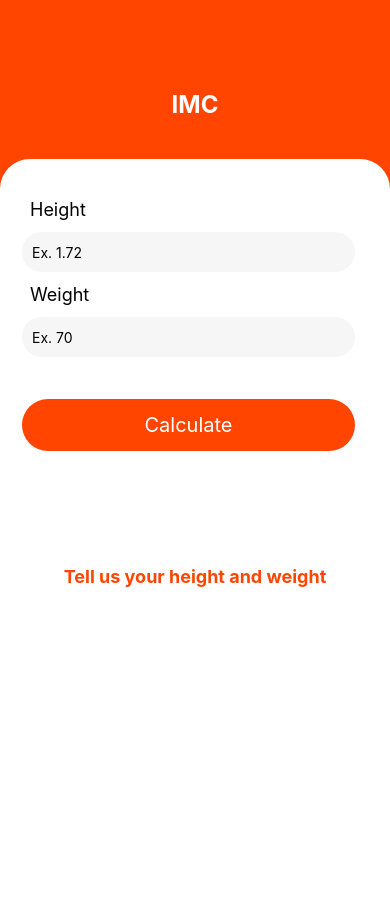
Repository: rubenmatias08/IMCTracker
Screen: /
These files come from the project's save history. The screen is drawn as it stood at one moment and after the next save; the edit follows.
The app was drawn by React Native's web renderer in a window 390 px wide. The project was rebuilt for these pictures with package versions that can differ from the ones it lists, and the page was loaded fresh each time.

Above is the screen before, as saved 2024-03-11 00:42:03.

### App.js
import { StyleSheet, View } from 'react-native';
import Title from './src/components/Title';
import Form from './src/components/Form/index'

export default function App() {
  return (
    <View style={styles.container}>
      <Title/>
      <Form />
    </View>
  );
}

const styles = StyleSheet.create({
  container: {
    flex: 1,
    backgroundColor: '#FF4500',
    paddingTop: 80,

  },
});



/*
   alignItems: 'center',
    justifyContent: 'center',

*/

### src/components/Title/index.js
import React from "react";
import { View,Text } from "react-native"; //Componentes
import styles from "./style";

export default function Title(){
    return(
        <View style={styles.boxTitle}>
            <Text style={styles.textTitle}>IMC</Text>
        </View>
    )
}

//Para aplicar a estilização colocamos: style={nomedoficheiroimportado.propriedadeJSON}

### src/components/Form/index.js
import React , {useState} from "react";
import { TextInput, View, Text, TouchableOpacity} from "react-native";
import ResultIMC from "./ResultIMC";
import styles from "./style";


export default function Form(){

    const [height, setHeight] = useState(null); // Altura
    const [weight, setWeight] = useState(null); // Peso
    const [messageIMC, setmessageIMC] = useState("Tell us your height and weight"); // Mensagem que contem o resultado
    const [imc,setIMC] = useState(null); // valor do IMC
    const [textButton, setTextButton] = useState("Calculate"); //

    //Calcular o imc é altura x altura a dividir por peso
    //E vamos querer que nos retorne o resultado (toFixed) que é para vir com 2 casas decimais apenas.
    function CalculatorIMC(){
        return setIMC((weight / (height * height)).toFixed(2))
    }

    //Caso os valores tiverem sido preenchidos ele valida, caso contrário temos de avisar o usuário para preencher os dados de altura e peso.
    //Aqui com a condição é: Caso os valores de height e weight sejam diferentes de null, ou seja, estão preenchidos... Chama a função CalculatorIMC() que fará o calculo que depois nos dá o resultado.
    function ValidationIMC(){
        if(height != null && weight != null){
            CalculatorIMC() //Função do calculo
            setHeight(null) //Reset de height para que se faça depois um novo calculo
            setWeight(null) //Reset de weight para que se faça depois um novo calculo
            setmessageIMC("Your IMC is:") //Mensagem para apresentar o resultado
            setTextButton("Calculate again") //Botão com mensagem
            return //Depois de tudo isto... Retorna-nos.
        }
        setIMC(null) //caso o peso e altura sejam nulos, colocamos o imc como nulo também para que não haja resposta de possiveis calculos anteriores
        setTextButton("Calculate") //Para voltar a apresentar o texto original
        setmessageIMC("Tell us your height and weight") //Para voltar a apresentar o texto original

    }


    return(
        <View style={styles.formContent}>
            <View style={styles.form}>
                <Text style={styles.formLabel}>Height</Text>
                <TextInput style= {styles.input}
                onChangeText={setHeight}
                value={height}
                placeholder="Ex. 1.72"
                keyboardType="numeric"
                />

                <Text style={styles.formLabel}>Weight</Text>
                <TextInput style= {styles.input}
                onChangeText={setWeight}
                value={weight}
                placeholder="Ex. 70"
                keyboardType="numeric"
                />

               <TouchableOpacity style={styles.buttonCalculator} onPress={() => ValidationIMC()}>
               <Text style={styles.textButtonCalculator}>{textButton}</Text>
               </TouchableOpacity>

            </View>
            <ResultIMC messageResultImc={messageIMC} resultImc={imc}/>
        </View>
    )
}

//O keyboardType indica qual o tipo de teclado que ele vai abrir
//No <ResultIMC> leva duas props com propriedades dinamicas.


//Antes tinhamos um Button para clicar em vez de TouchOpacity, assim:
//  <Button onPress={() => ValidationIMC()} title={textButton}/>
//mas fizemos diferente e usamos o TouchOpacity porque é mais moderno e melhor. Há várias opções assim, basta ver na documentação do react native.

### src/components/Title/style.js
import { StyleSheet } from "react-native";

const styles = StyleSheet.create( {
    boxTitle: {
        alignItems: "center",
        justifyContent: "center",
        padding: 10,
    },
    textTitle: {
        color:"white",
        fontSize:24,
        fontWeight:"bold"
    }
});

export default styles;

### src/components/Form/ResultIMC/index.js
import React from "react";
import { View , Text } from "react-native";
import styles from "./style";

export default function ResultIMC(props){
    return(
        <View style={styles.ResultIMC}>
            <Text style={styles.information}>{props.messageResultImc}</Text>
            <Text style={styles.numberIMC}>{props.resultImc}</Text>
        </View>
    )
}

//Neste componente vai ser mostrado o resultado do valor de IMC e uma mensagem com o valor desse IMC.

### src/components/Form/style.js
import { StyleSheet } from "react-native";

const styles = StyleSheet.create( {
    formContent: {
        width:"100%",
        height:"100%",
        bottom:0,
        backgroundColor:"#ffffff",
        alignItems:"center",
        borderTopLeftRadius:30,
        borderTopRightRadius:30,
        marginTop:30
    },
    form: {
        width:"100%",
        height:"auto", //Colocando auto, ao colocar novos items ao conteudo ele ajusta.
        marginTop:30,
        padding:10
    },
    formLabel:{
        color:"#000000",
        fontSize:18,
        paddingLeft:20,
    },
    input:{
        width:"90%",
        borderRadius:50,
        backgroundColor:"#f6f6f6",
        height:40,
        margin:12,
        paddingLeft:10,
    },
    buttonCalculator:{
        borderRadius:50,
        alignItems:"center",
        justifyContent:"center",
        width:"90%",
        backgroundColor:"#FF4500",
        paddingTop:14,
        paddingBottom:14,
        marginLeft:12,
        margin:30

    },
    textButtonCalculator:{
        fontSize:20,
        color: "#ffffff",
    }
});

export default styles;

### src/components/Form/ResultIMC/style.js
import { StyleSheet } from "react-native";

const styles = StyleSheet.create( {
    ResultIMC: {
        flex:1,
        marginTop:15,
        paddingTop:60,
        borderRadius:50,
        alignItems:"center",
        width:"100%",
    },
    numberIMC:{
        fontSize:48,
        color:"#FF4500",
        fontWeight:"bold"
    },
    information:{
        fontSize:18,
        color:"#FF4500",
        fontWeight:"bold"
    }
});

export default styles;

After the next save:
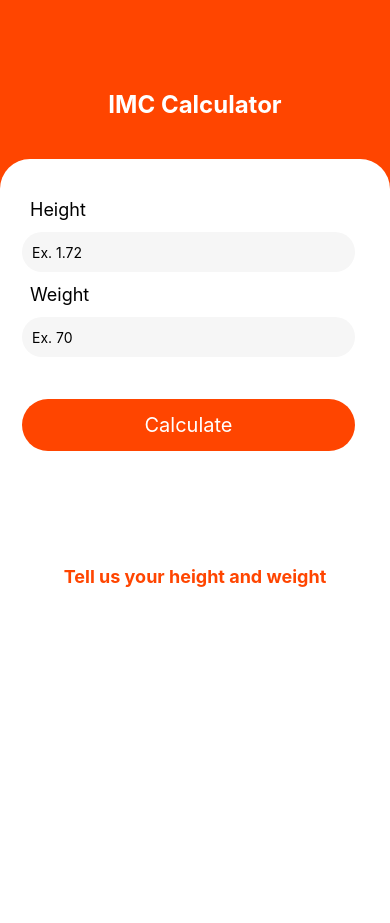
Saved 10 s later.
--- a/src/components/Title/index.js
+++ b/src/components/Title/index.js
@@ -5,7 +5,7 @@ import styles from "./style";
 export default function Title(){
     return(
         <View style={styles.boxTitle}>
-            <Text style={styles.textTitle}>IMC</Text>
+            <Text style={styles.textTitle}>IMC Calculator</Text>
         </View>
     )
 }
